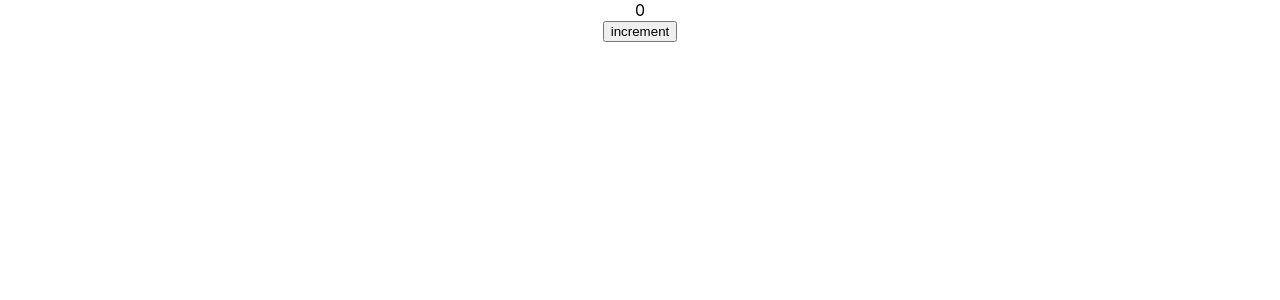
Repository: sravani123/React-Todo-Redux
Page: /
An editor plug-in stored every save of this project. The page is shown before and after the next save, followed by the edit.
The browser window is 1280 px wide. The pictures show the whole page.
The project was rebuilt for these pictures with package versions that can differ from the ones it lists, and the page was loaded fresh each time.

Above is the page before, as saved 2021-05-08 18:23:38.

### src/index.js
import React from "react";
import ReactDOM from "react-dom";
import "./index.css";
import App from "./App";
import reportWebVitals from "./reportWebVitals";
import { Provider } from "react-redux";
import store from "./store/index";

ReactDOM.render(
  <React.StrictMode>
    <Provider store={store}>
      <App />
    </Provider>
  </React.StrictMode>,
  document.getElementById("root")
);

// If you want to start measuring performance in your app, pass a function
// to log results (for example: reportWebVitals(console.log))
// or send to an analytics endpoint. Learn more: https://bit.ly/CRA-vitals
reportWebVitals();

### src/App.js
import logo from "./logo.svg";
import "./App.css";
import { useSelector, useDispatch } from "react-redux";

function App() {
  const counter = useSelector((state) => state.counter);
  console.log("counter in component is ===", counter);
  const dispatch = useDispatch();

  const increment = () => {
    dispatch({ type: "increment" });
  };
  return (
    <div className="App">
      <div>{counter}</div>
      <button onClick={increment}>increment</button>
    </div>
  );
}

export default App;

### src/store/index.js
import { createStore } from "redux";

const counterReducer = (state = { counter: 0 }, action) => {
  console.log("state is =====>>>", state.counter);
  if (action.type === "increment") {
    state.counter++;
  } else if (action.type === "decrement") {
    state.counter--;
  }
  return state;
};
const store = createStore(counterReducer);

export default store;

Loaded but not shown: public/index.html (common file); src/index.css (common file); src/reportWebVitals.js (common file); src/App.css (common file)

After the next save:
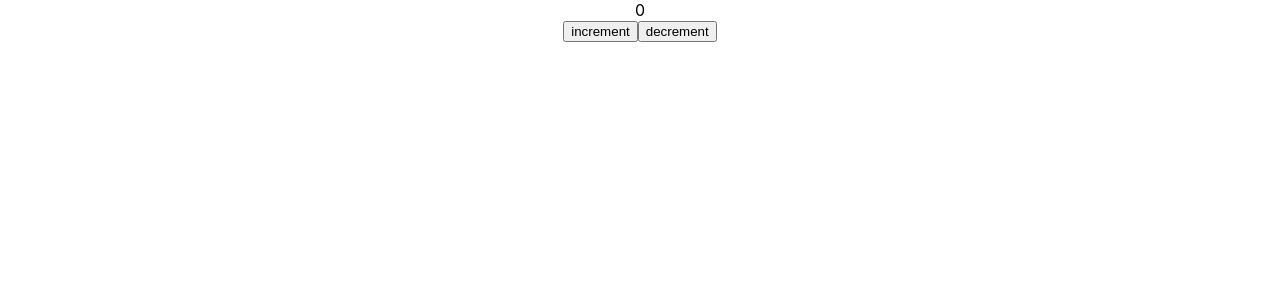
Saved 32 s later.
--- a/src/App.js
+++ b/src/App.js
@@ -10,10 +10,14 @@ function App() {
   const increment = () => {
     dispatch({ type: "increment" });
   };
+  const decrement = () => {
+    dispatch({ type: "increment" });
+  };
   return (
     <div className="App">
       <div>{counter}</div>
       <button onClick={increment}>increment</button>
+      <button onClick={decrement}>decrement</button>
     </div>
   );
 }
